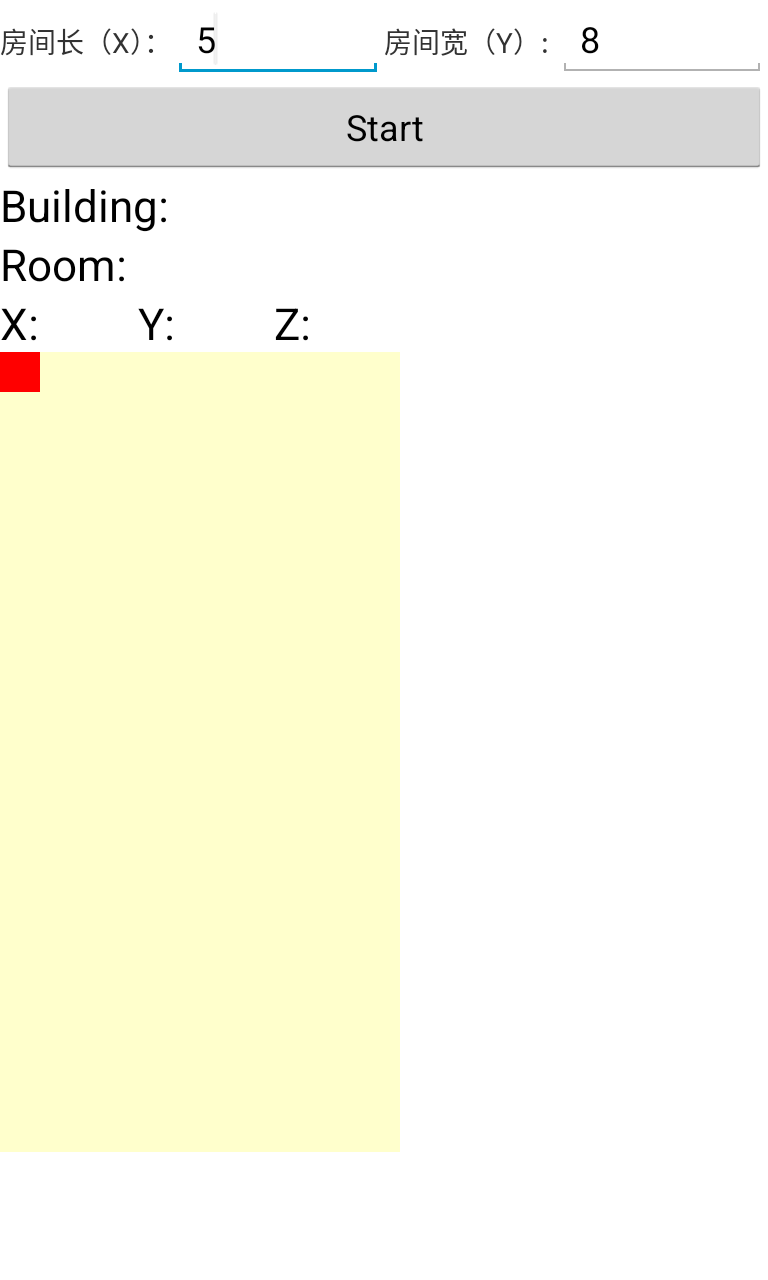
Repository: RenchuSong/tMap_Android
Layout: tmap_model_tool/res/layout/locating.xml
The author's editor kept a copy of each file at every save. The layout is drawn from the files as they stood at one save, then again after the next save.
It is drawn on a 768 x 1280 px phone screen (xhdpi) without system bars, with theme AppTheme; the app's code is not run.

Above is the layout before, as saved 2014-05-12 00:43:22.

After the next save:
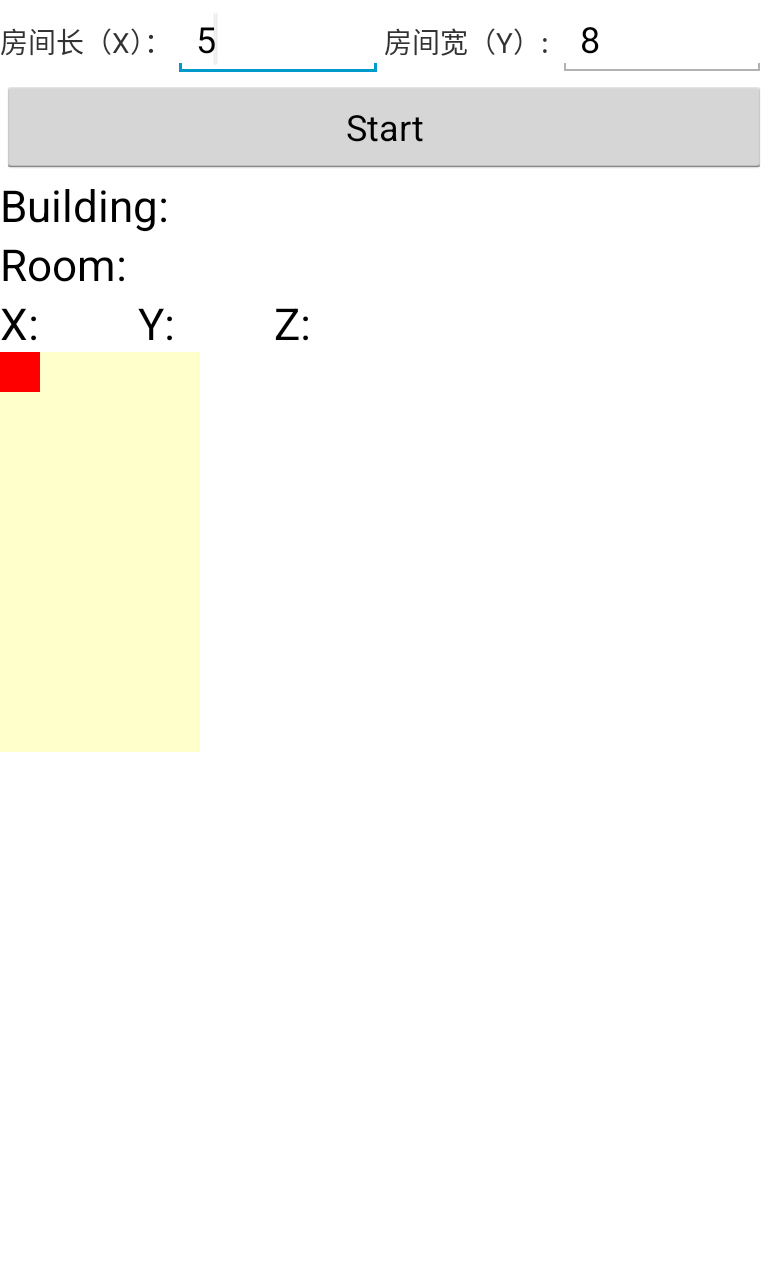
Saved 11 s later.
--- a/tmap_model_tool/res/layout/locating.xml
+++ b/tmap_model_tool/res/layout/locating.xml
@@ -69,8 +69,8 @@
         android:textAppearance="?android:attr/textAppearanceLarge" />
 
     <RelativeLayout
-        android:layout_width="200dp"
-        android:layout_height="400dp"
+        android:layout_width="100dp"
+        android:layout_height="200dp"
         android:background="#ffffcc" >
 
         <Button
